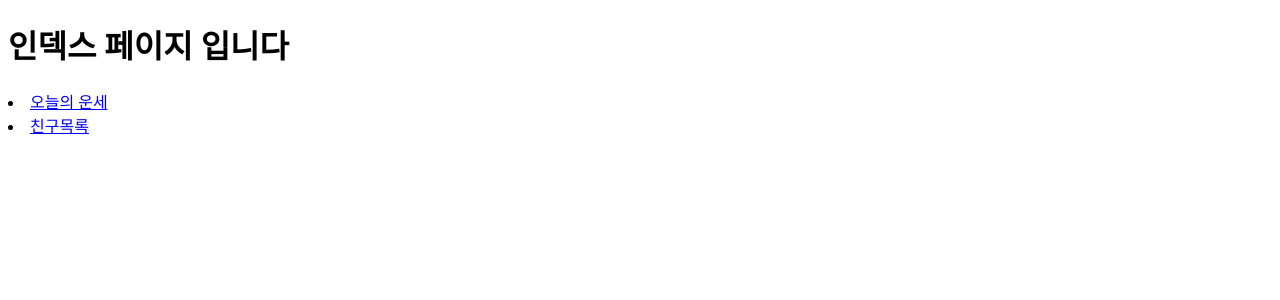
Repository: raehui/web_work
Page: Step01Servlet/src/main/webapp/index.html
An editor plug-in stored every save of this project. The page is shown before and after a run of saves, followed by the edit.
The browser window is 1280 px wide. The pictures show the whole page.

Above is the page before, as saved 2025-01-03 06:05:30.

### Step01Servlet/src/main/webapp/index.html
<!DOCTYPE html>
<html>
<head>
<meta charset="UTF-8">
<title>index.html</title>
</head>
<body>
	<div class="container">
		<h1>인덱스 페이지 입니다</h1>
		<ui>
			<li><a href="fortune">오늘의 운세</a></li>
			<li><a href="friends">친구목록</a></li>
		</ui>
	</div>
</body>
</html>

After the next 2 saves:
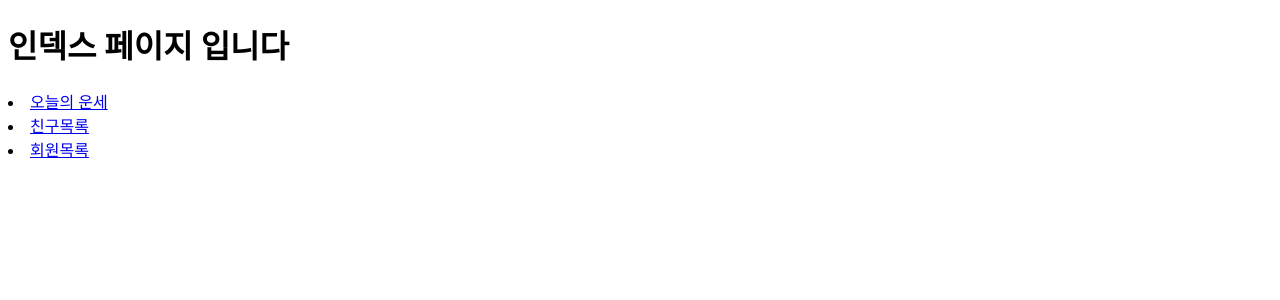
The 2 saves are shown as one change because they came seconds apart.
The last was saved 73 s later.
--- a/Step01Servlet/src/main/webapp/index.html
+++ b/Step01Servlet/src/main/webapp/index.html
@@ -10,6 +10,7 @@
 		<ui>
 			<li><a href="fortune">오늘의 운세</a></li>
 			<li><a href="friends">친구목록</a></li>
+			<li><a href="members">회원목록</a></li>
 		</ui>
 	</div>
 </body>
